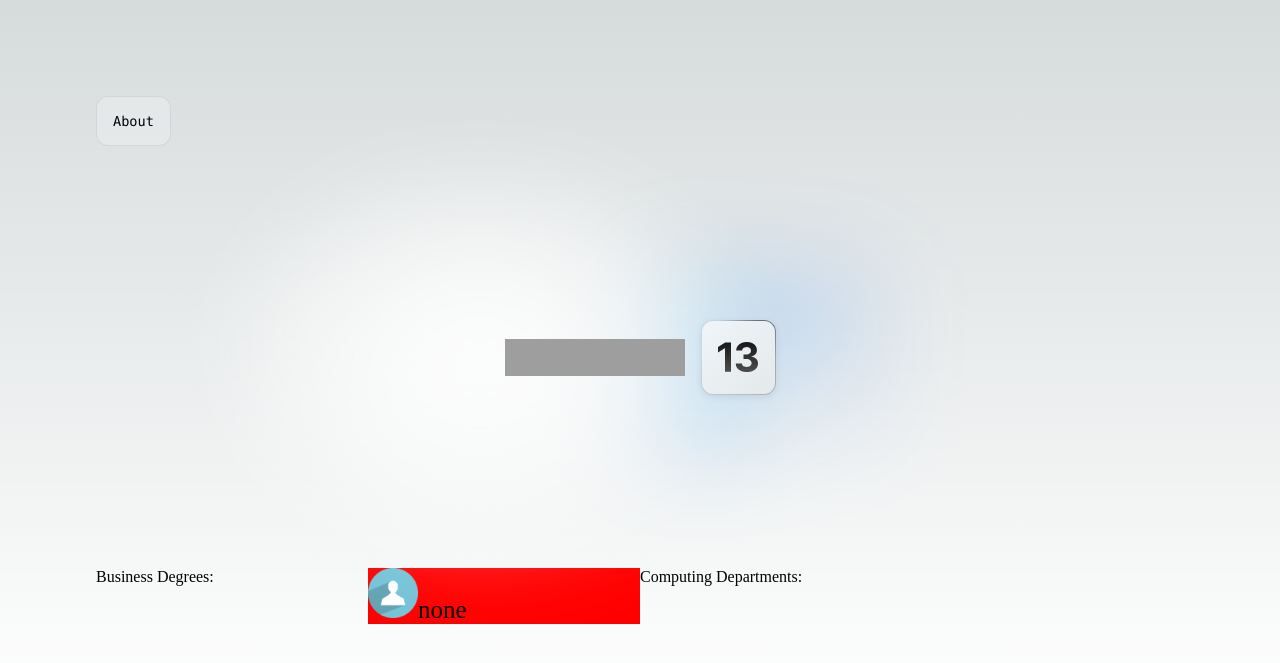
Repository: cheungglenda/MDIA2109-Week3
Page: /about
These files come from the project's save history. The page is drawn as it stood at one moment and after the next save; the edit follows.
The browser window is 1280 px wide. The pictures show the whole page.
Pictures or frames that could not be fetched are drawn as grey boxes. The project was rebuilt for these pictures with package versions that can differ from the ones it lists, and the page was loaded fresh each time. The framework's server and built-in components were replaced by stand-ins that run in the browser. Also part of the build but not shown: next.config.js.

Above is the page before, as saved 2023-01-18 21:41:45.

### pages/about.js
import Head from 'next/head'
import Image from 'next/image'
import { Inter } from '@next/font/google'
import styles from '@/styles/Home.module.css'
import data from '../data/about.json'
import { useState } from 'react'
import Card from '../components/Card'
import Link from 'next/link'

export default function About() {

    const [information, setInformation] = useState([...data])
    console.log(data);

    return (
   <>
      <Head>
        <title>About Page</title>
        <meta name="description" content="Meet the Exmployees" />
        <meta name="viewport" content="width=device-width, initial-scale=1" />
        <link rel="icon" href="/favicon.ico" />
      </Head>
      <main className={styles.main}>
        <div className={styles.description}>
          <p>
            <Link href="about">About</Link>
          </p>
        </div>

        <div className={styles.center}>
          <Image
            className={styles.logo}
            src="/next.svg"
            alt="Next.js Logo"
            width={180}
            height={37}
            priority
          />
          <div className={styles.thirteen}>
            <Image
              src="/thirteen.svg"
              alt="13"
              width={40}
              height={31}
              priority
            />
          </div>
        </div>


        <div className={styles.grid}>
          <div>Business Degrees:</div>
          {information && information.map((info, index) => {
            if(info.department.toLowerCase() === "business") {
            return (
              <Card key={index} degree={info.degree} color="red" font="25px"/>
            )
          }
          })}
           <div>Computing Departments:</div>
          {information && information.map((info, index) => {
            if(info.department.toLowerCase() === "computing") {
            return (
              <Card key={index} degree={info.department} color="blue" font="25px"/>
            )
          }
          })}
        </div>
      </main>
    </>
  )
}

### data/about.json
[
    {
        "firstName": "Jane",
        "lastName": "Doe",
        "department": "Business",
        "jobTitle": "Financial Analyst",
        "yearsWorked": 3
    },
    {
        "firstName": "John",
        "lastName": "Smith",
        "department": "Human Resources",
        "jobTitle": "Human Resources Coordinator",
        "yearsWorked": 4
    },
    {
        "firstName": "Wendy",
        "lastName": "Lee",
        "department": "Administration",
        "jobTitle": "Receptionist",
        "yearsWorked": 8
    }
]

### components/Card/index.js
export default function Card({
    degree = "none",
    color = "purple",
    font = "O",
    image = "icon/personTwo.png"
}) {
    return (
        <div style={{backgroundColor: color, fontSize: font}}>
            {
                color === "red" ? <img src={'icon/person.png'} width="50"/> :
                color === "blue" ? <img src={'icon/personThree.png'} width="50"/> :
                <img src={image} width="50"/>
            }
            {degree}
        </div>
    )
}

Loaded but not shown: pages/_app.js (common file); pages/_document.js (common file); pages/api/hello.js (common file); styles/globals.css (common file); styles/Home.module.css (common file)

After the next save:
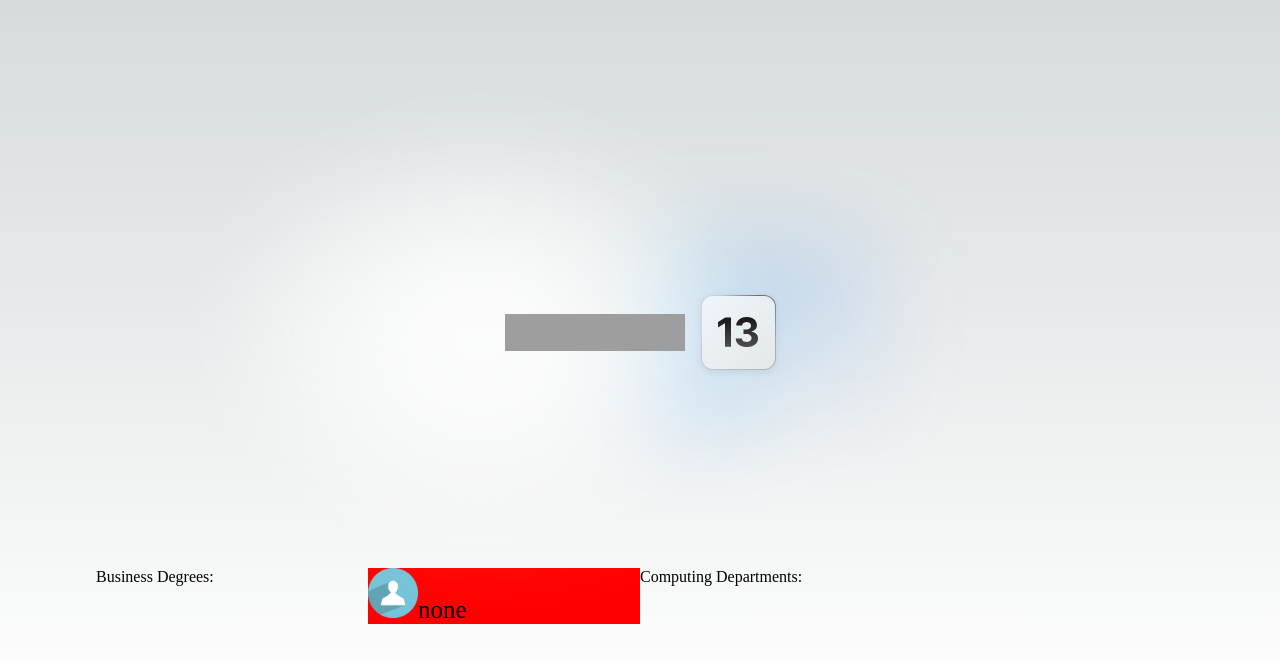
Saved 5 s later.
--- a/pages/about.js
+++ b/pages/about.js
@@ -22,9 +22,7 @@ export default function About() {
       </Head>
       <main className={styles.main}>
         <div className={styles.description}>
-          <p>
-            <Link href="about">About</Link>
-          </p>
+
         </div>
 
         <div className={styles.center}>
